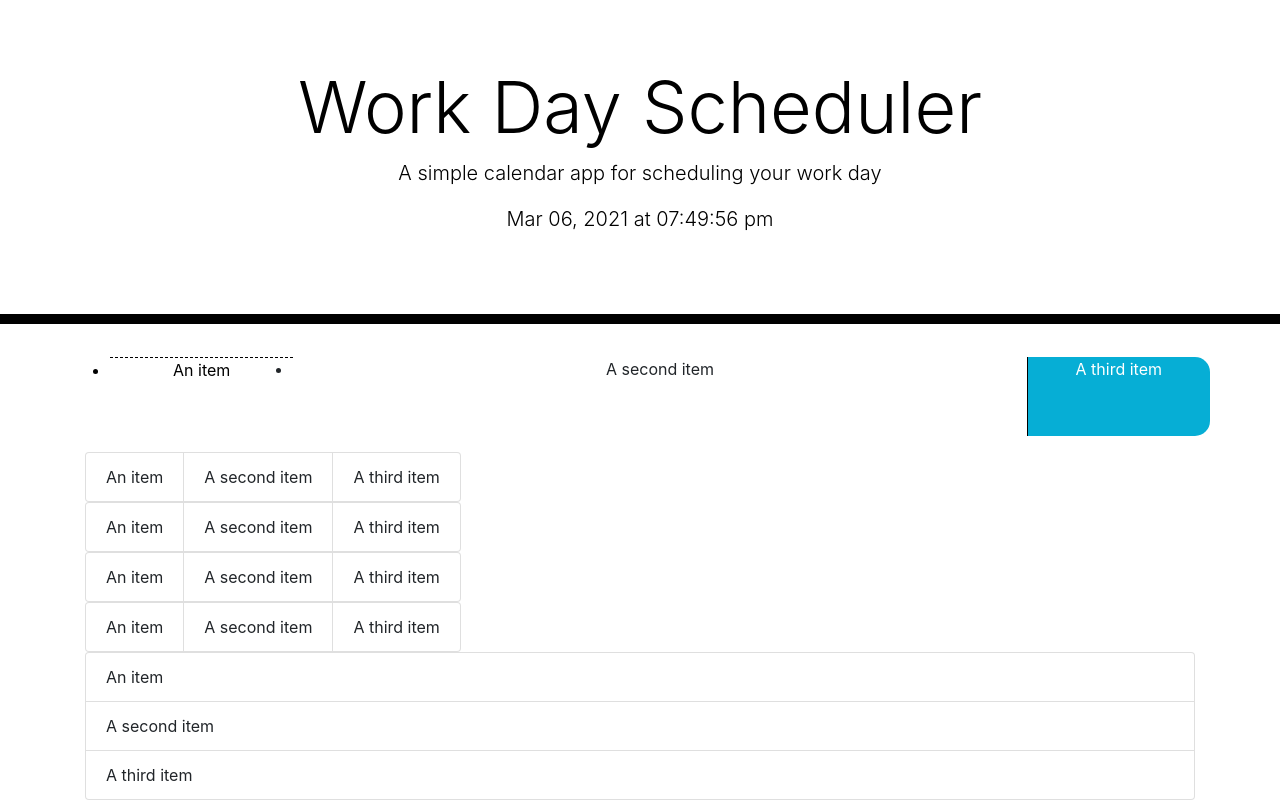
Repository: ziffoit/Work-Day_Scheduler
Page: Develop/index.html
These files come from the project's save history. The page is drawn as it stood at one moment and after the next save; the edit follows.
The browser window is 1280 px wide. The pictures show the whole page.
Some web libraries are served in a nearby version.

Above is the page before, as saved 2021-03-16 18:23:03.

After the next save:
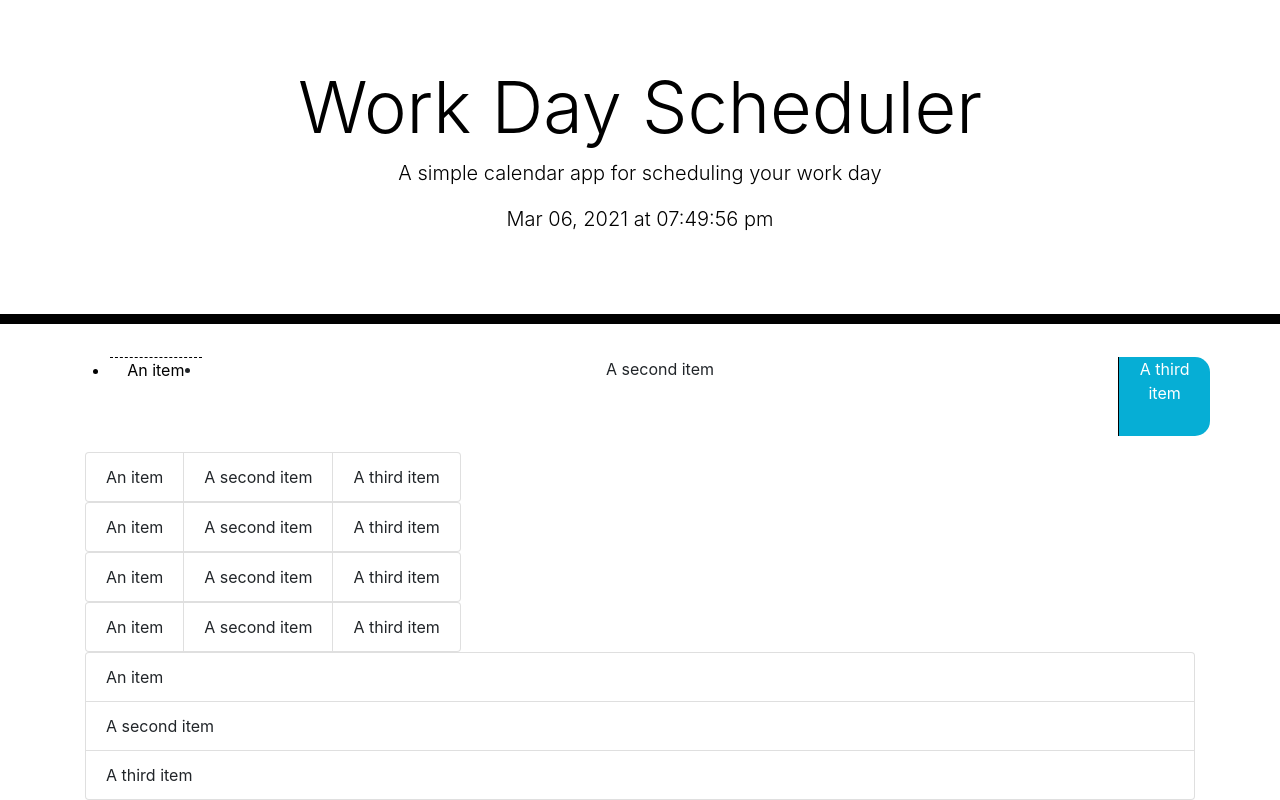
Saved 17 s later.
--- a/Develop/index.html
+++ b/Develop/index.html
@@ -30,9 +30,9 @@
     </header>
     <div class="container">
       <ul class="description time-block row">
-        <li class="col-2 hour">An item</li>
-        <li class="col-8">A second item</li>
-        <li class="col-2 saveBtn">A third item</li>
+        <li class="col-1 hour">An item</li>
+        <li class="col-10">A second item</li>
+        <li class="col-1 saveBtn">A third item</li>
       </ul>
       <ul class="list-group list-group-horizontal-sm">
         <li class="list-group-item">An item</li>
